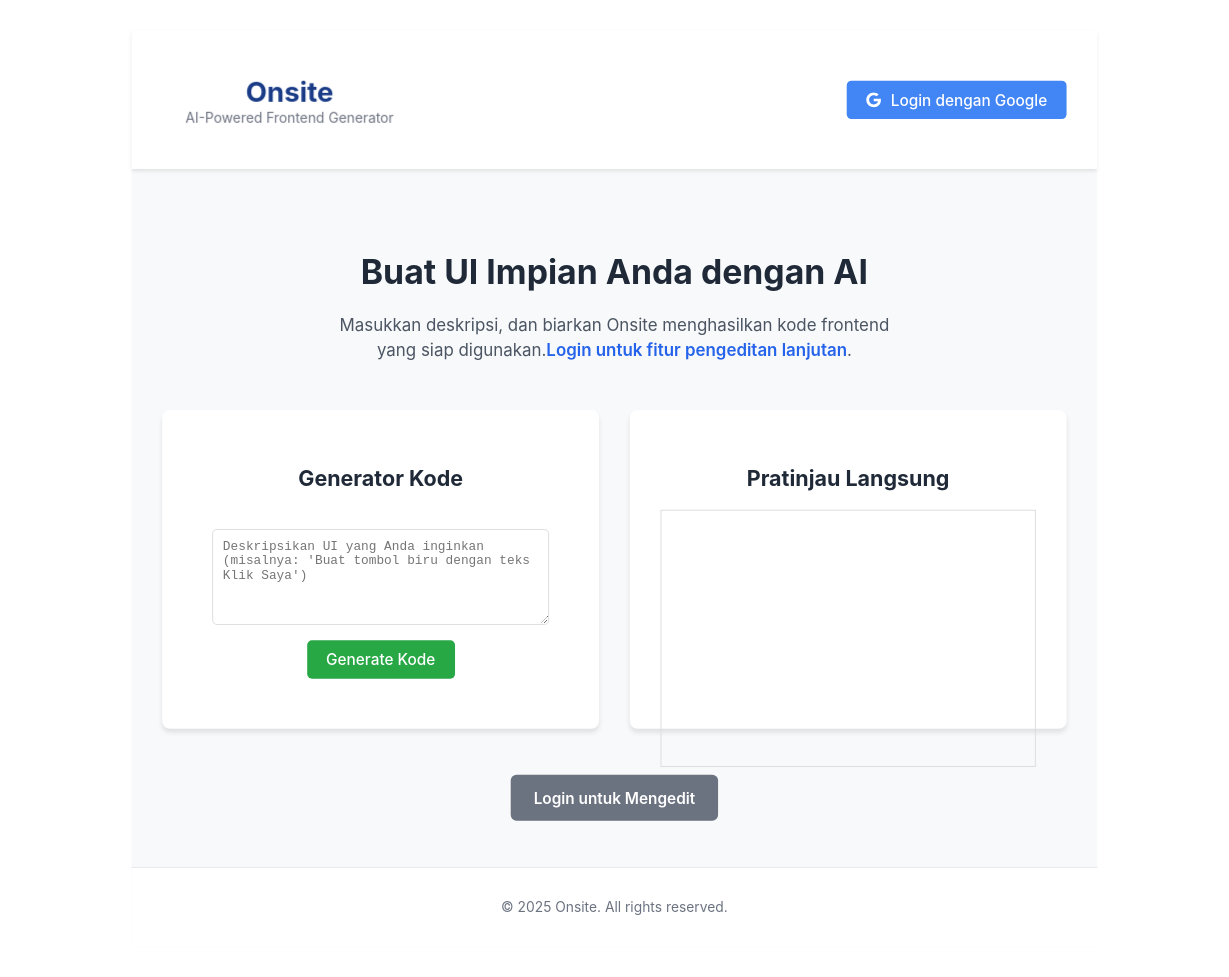
Repository: arifsoul/onsite
Page: / (app in onsite/)
An editor plug-in stored every save of this project. The page is shown before and after the next save, followed by the edit.
The browser window is 1280 px wide. The pictures show the whole page, at 96% of full size.
The project was rebuilt for these pictures with package versions that can differ from the ones it lists, and the page was loaded fresh each time. Also part of the build but not shown: onsite/vite.config.js, onsite/src/components/Editor/CSSPanel.jsx, onsite/src/components/Editor/JSPanel.jsx, onsite/src/components/Editor/ComponentEditor.css, onsite/src/components/Editor/ComponentEditor.jsx, onsite/src/pages/Editor.jsx, onsite/src/pages/Login.css, onsite/src/pages/Login.jsx.

Above is the page before, as saved 2025-04-14 16:52:22.

### onsite/src/index.css
:root {
  font-family: system-ui, Avenir, Helvetica, Arial, sans-serif;
  line-height: 1.5;
  font-weight: 400;

  color-scheme: light dark;
  color: rgba(255, 255, 255, 0.87);
  background-color: #242424;

  font-synthesis: none;
  text-rendering: optimizeLegibility;
  -webkit-font-smoothing: antialiased;
  -moz-osx-font-smoothing: grayscale;
}

a {
  font-weight: 500;
  color: #646cff;
  text-decoration: inherit;
}
a:hover {
  color: #535bf2;
}

body {
  margin: 0;
  display: flex;
  place-items: center;
  min-width: 320px;
  min-height: 100vh;
  font-family: Arial, sans-serif;
}

h1 {
  font-size: 3.2em;
  line-height: 1.1;
}

button {
  border-radius: 8px;
  border: 1px solid transparent;
  padding: 0.6em 1.2em;
  font-size: 1em;
  font-weight: 500;
  font-family: inherit;
  background-color: #1a1a1a;
  cursor: pointer;
  transition: border-color 0.25s;
}
button:hover {
  border-color: #646cff;
}
button:focus,
button:focus-visible {
  outline: 4px auto -webkit-focus-ring-color;
}

@media (prefers-color-scheme: light) {
  :root {
    color: #213547;
    background-color: #ffffff;
  }
  a:hover {
    color: #747bff;
  }
  button {
    background-color: #f9f9f9;
  }
}

### onsite/src/App.jsx
import { BrowserRouter as Router, Routes, Route } from 'react-router-dom';
import { Auth0Provider } from '@auth0/auth0-react';
import { CodeProvider } from './context/CodeContext';
import Home from './pages/Home';
import Editor from './pages/Editor';
import Login from './pages/Login';
import './App.css';

function App() {
  return (
    <Auth0Provider
      domain={import.meta.env.VITE_AUTH0_DOMAIN}
      clientId={import.meta.env.VITE_AUTH0_CLIENT_ID}
      redirectUri={window.location.origin}
    >
      <CodeProvider>
        <Router>
          <Routes>
            <Route path="/" element={<Home />} />
            <Route path="/login" element={<Login />} />
            <Route path="/editor" element={<Editor />} />
          </Routes>
        </Router>
      </CodeProvider>
    </Auth0Provider>
  );
}

export default App;

### onsite/src/context/CodeContext.jsx
import { createContext, useState, useContext } from 'react';

const CodeContext = createContext();

export const CodeProvider = ({ children }) => {
  const [generatedCode, setGeneratedCode] = useState({
    html: '',
    css: '',
    js: '',
  });
  const [components, setComponents] = useState([]);

  const updateComponent = (id, updates) => {
    setComponents((prev) =>
      prev.map((comp) =>
        comp.id === id ? { ...comp, ...updates } : comp
      )
    );
  };

  return (
    <CodeContext.Provider
      value={{ generatedCode, setGeneratedCode, components, setComponents, updateComponent }}
    >
      {children}
    </CodeContext.Provider>
  );
};

export const useCode = () => useContext(CodeContext);

### onsite/src/pages/Home.jsx
import { useAuth0 } from '@auth0/auth0-react';
import AIGenerator from '../components/Generator/AIGenerator';
import GoogleLogin from '../components/Auth/GoogleLogin';
import LivePreview from '../components/Preview/LivePreview';
import { Link } from 'react-router-dom';
import './Home.css';

const Home = () => {
  const { isAuthenticated } = useAuth0();

  return (
    <div className="home-container">
      <header className="home-header">
        <div className="logo">
          <h1>Onsite</h1>
          <span>AI-Powered Frontend Generator</span>
        </div>
        <GoogleLogin />
      </header>
      <main className="home-main">
        <section className="hero-section">
          <h2>Buat UI Impian Anda dengan AI</h2>
          <p>
            Masukkan deskripsi, dan biarkan Onsite menghasilkan kode frontend yang siap digunakan.
            {isAuthenticated ? (
              <Link to="/editor">Edit lebih lanjut di editor visual</Link>
            ) : (
              <Link to="/login">Login untuk fitur pengeditan lanjutan</Link>
            )}.
          </p>
        </section>
        <section className="generator-section">
          <div className="card">
            <h3>Generator Kode</h3>
            <AIGenerator />
          </div>
          <div className="card">
            <h3>Pratinjau Langsung</h3>
            <LivePreview />
          </div>
        </section>
        <section className="cta-section">
          {isAuthenticated ? (
            <Link to="/editor" className="cta-button">
              Buka Editor Visual
            </Link>
          ) : (
            <p>
              <Link to="/login" className="cta-button secondary">
                Login untuk Mengedit
              </Link>
            </p>
          )}
        </section>
      </main>
      <footer className="home-footer">
        <p>&copy; 2025 Onsite. All rights reserved.</p>
      </footer>
    </div>
  );
};

export default Home;

### onsite/src/components/Generator/AIGenerator.jsx
import { useState } from 'react';
import { useCode } from '../../context/CodeContext';
import { generateCode } from '../../services/deepseekApi';
import './AIGenerator.css';

const AIGenerator = () => {
  const [prompt, setPrompt] = useState('');
  const [error, setError] = useState(null);
  const { setGeneratedCode, setComponents } = useCode();

  const handleGenerate = async () => {
    try {
      setError(null);
      const response = await generateCode(prompt);
      const { html, css, js, components } = response.data;
      setGeneratedCode({ html, css, js });
      setComponents(components || []);
    } catch (error) {
      console.error('Error in AIGenerator:', error);
      setError(error.message);
    }
  };

  return (
    <div className="generator-container">
      <textarea
        value={prompt}
        onChange={(e) => setPrompt(e.target.value)}
        placeholder="Deskripsikan UI yang Anda inginkan (misalnya: 'Buat tombol biru dengan teks Klik Saya')"
        className="prompt-input"
      />
      <button onClick={handleGenerate} className="generate-btn">
        Generate Kode
      </button>
      {error && <p className="error-message">{error}</p>}
    </div>
  );
};

export default AIGenerator;

### onsite/src/components/Auth/GoogleLogin.jsx
import { useAuth0 } from '@auth0/auth0-react';
import { FaGoogle } from 'react-icons/fa';
import './GoogleLogin.css';

const GoogleLogin = () => {
  const { loginWithRedirect, isAuthenticated, user, logout } = useAuth0();

  return (
    <div>
      {isAuthenticated ? (
        <div className="user-info">
          <img src={user?.picture} alt={user?.name} />
          <span>{user?.name}</span>
          <button
            className="logout-btn"
            onClick={() => logout({ returnTo: window.location.origin })}
          >
            Logout
          </button>
        </div>
      ) : (
        <button
          className="google-login-btn"
          onClick={() => loginWithRedirect({ connection: 'google-oauth2' })}
        >
          <FaGoogle /> Login dengan Google
        </button>
      )}
    </div>
  );
};

export default GoogleLogin;

### onsite/src/components/Preview/LivePreview.jsx
import { useCode } from '../../context/CodeContext';
import './LivePreview.css';

const LivePreview = () => {
  const { generatedCode, components } = useCode();

  const combinedHTML = `
    <style>${generatedCode.css}</style>
    ${components.map((comp) => comp.html).join('')}
    <script>${generatedCode.js}</script>
  `;

  return (
    <div className="preview-container">
      <iframe
        srcDoc={combinedHTML}
        title="Live Preview"
        className="preview-iframe"
      />
    </div>
  );
};

export default LivePreview;

### onsite/src/pages/Home.css
/* src/pages/Home.css */
* {
    box-sizing: border-box;
  }

  .home-container {
    min-height: 100vh;
    display: flex;
    flex-direction: column;
    background-color: #f8f9fa;
    font-family: 'Inter', -apple-system, BlinkMacSystemFont, 'Segoe UI', Roboto, sans-serif;
  }

  /* Header */
  .home-header {
    display: flex;
    justify-content: space-between;
    align-items: center;
    padding: 1.5rem 2rem;
    background-color: #ffffff;
    box-shadow: 0 2px 4px rgba(0, 0, 0, 0.1);
  }

  .logo h1 {
    font-size: 1.8rem;
    color: #1a3c87;
    margin: 0;
  }

  .logo span {
    font-size: 0.9rem;
    color: #6b7280;
    display: block;
  }

  /* Main Content */
  .home-main {
    flex: 1;
    padding: 2rem;
    max-width: 1200px;
    margin: 0 auto;
    width: 100%;
  }

  /* Hero Section */
  .hero-section {
    text-align: center;
    margin-bottom: 3rem;
  }

  .hero-section h2 {
    font-size: 2.2rem;
    color: #1f2937;
    margin-bottom: 1rem;
  }

  .hero-section p {
    font-size: 1.1rem;
    color: #4b5563;
    max-width: 600px;
    margin: 0 auto;
  }

  .hero-section a {
    color: #2563eb;
    text-decoration: none;
    font-weight: 600;
  }

  .hero-section a:hover {
    text-decoration: underline;
  }

  /* Generator Section */
  .generator-section {
    display: grid;
    grid-template-columns: 1fr 1fr;
    gap: 2rem;
    margin-bottom: 3rem;
  }

  .card {
    background-color: #ffffff;
    border-radius: 8px;
    box-shadow: 0 4px 6px rgba(0, 0, 0, 0.1);
    padding: 1.5rem;
    transition: transform 0.2s ease-in-out;
  }

  .card:hover {
    transform: translateY(-5px);
  }

  .card h3 {
    font-size: 1.4rem;
    color: #1f2937;
    margin-bottom: 1rem;
  }

  /* CTA Section */
  .cta-section {
    text-align: center;
  }

  .cta-button {
    display: inline-block;
    padding: 0.75rem 1.5rem;
    background-color: #2563eb;
    color: #ffffff;
    text-decoration: none;
    border-radius: 6px;
    font-weight: 600;
    transition: background-color 0.2s;
  }

  .cta-button:hover {
    background-color: #1d4ed8;
  }

  .cta-button.secondary {
    background-color: #6b7280;
  }

  .cta-button.secondary:hover {
    background-color: #4b5563;
  }

  /* Footer */
  .home-footer {
    text-align: center;
    padding: 1rem;
    background-color: #ffffff;
    border-top: 1px solid #e5e7eb;
    color: #6b7280;
    font-size: 0.9rem;
  }

  /* Responsive Design */
  @media (max-width: 768px) {
    .home-header {
      flex-direction: column;
      gap: 1rem;
      text-align: center;
    }

    .generator-section {
      grid-template-columns: 1fr;
    }

    .hero-section h2 {
      font-size: 1.8rem;
    }

    .hero-section p {
      font-size: 1rem;
    }

    .card {
      padding: 1rem;
    }
  }

### onsite/src/pages/Editor.css
.editor-page {
    padding: 20px;
  }

  header {
    display: flex;
    justify-content: space-between;
    align-items: center;
    margin-bottom: 20px;
  }

  .editor-layout {
    display: grid;
    grid-template-columns: 1fr 1fr;
    gap: 20px;
  }

  .editor-section,
  .preview-section {
    height: 80vh;
    overflow-y: auto;
  }

### onsite/src/services/deepseekApi.js
import axios from 'axios';

const API_KEY = import.meta.env.VITE_DEEPSEEK_API_KEY;
const BASE_URL = 'https://api.deepseek.com';

export const generateCode = async (prompt) => {
  if (!API_KEY) {
    throw new Error('DeepSeek API key is missing. Please set VITE_DEEPSEEK_API_KEY in .env.');
  }

  if (!prompt || prompt.trim() === '') {
    throw new Error('Prompt cannot be empty.');
  }

  try {
    const response = await axios.post(
      `${BASE_URL}/chat/completions`,
      {
        model: 'deepseek-chat',
        messages: [
          {
            role: 'system',
            content:
              'You are an AI that generates React component code (HTML, CSS, JS) based on user descriptions. Return structured JSON with html, css, js, and components array.',
          },
          { role: 'user', content: prompt },
        ],
        stream: false,
      },
      {
        headers: {
          'Content-Type': 'application/json',
          Authorization: `Bearer ${API_KEY}`,
        },
      }
    );
    return response;
  } catch (error) {
    console.error('DeepSeek API Error:', {
      message: error.message,
      status: error.response?.status,
      data: error.response?.data,
    });
    throw new Error(
      error.response?.data?.error?.message || 'Failed to generate code. Please check API key and network.'
    );
  }
};

### onsite/src/components/Generator/AIGenerator.css
.generator-container {
  padding: 20px;
}

.prompt-input {
  width: 100%;
  height: 100px;
  padding: 10px;
  margin-bottom: 10px;
  border: 1px solid #ddd;
  border-radius: 5px;
}

.generate-btn {
  padding: 10px 20px;
  background-color: #28a745;
  color: white;
  border: none;
  border-radius: 5px;
  cursor: pointer;
}

### onsite/src/components/Auth/GoogleLogin.css
.google-login-btn {
  display: flex;
  align-items: center;
  gap: 10px;
  padding: 10px 20px;
  background-color: #4285f4;
  color: white;
  border: none;
  border-radius: 5px;
  cursor: pointer;
  font-size: 16px;
}

.user-info {
  display: flex;
  align-items: center;
  gap: 10px;
}

.user-info img {
  border-radius: 50%;
  width: 40px;
  height: 40px;
}

.logout-btn {
  padding: 5px 10px;
  background-color: #dc3545;
  color: white;
  border: none;
  border-radius: 5px;
  cursor: pointer;
}

### onsite/src/components/Preview/LivePreview.css
.preview-container {
  border: 1px solid #ddd;
  padding: 10px;
  height: 100%;
}

.preview-iframe {
  width: 100%;
  height: 100%;
  border: none;
}

Loaded but not shown: onsite/index.html (common file); onsite/src/main.jsx (common file); onsite/src/App.css (common file)

After the next save:
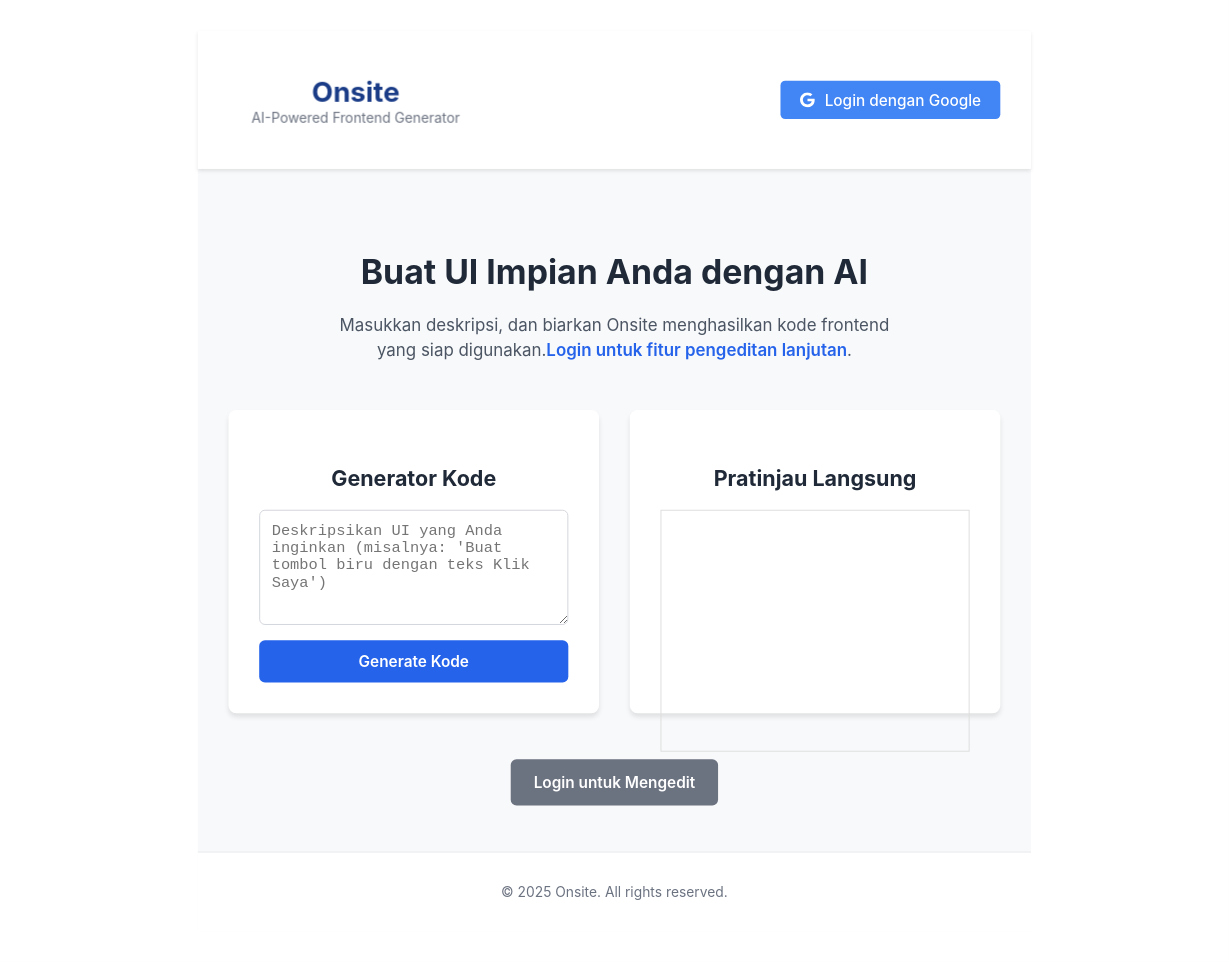
Saved 25 s later.
--- a/onsite/src/components/Generator/AIGenerator.css
+++ b/onsite/src/components/Generator/AIGenerator.css
@@ -1,21 +1,44 @@
 .generator-container {
-  padding: 20px;
+  display: flex;
+  flex-direction: column;
+  gap: 1rem;
 }
 
 .prompt-input {
   width: 100%;
-  height: 100px;
-  padding: 10px;
-  margin-bottom: 10px;
-  border: 1px solid #ddd;
-  border-radius: 5px;
+  min-height: 120px;
+  padding: 0.75rem;
+  border: 1px solid #d1d5db;
+  border-radius: 6px;
+  font-size: 1rem;
+  resize: vertical;
+  transition: border-color 0.2s;
+}
+
+.prompt-input:focus {
+  outline: none;
+  border-color: #2563eb;
+  box-shadow: 0 0 0 3px rgba(37, 99, 235, 0.1);
 }
 
 .generate-btn {
-  padding: 10px 20px;
-  background-color: #28a745;
-  color: white;
+  padding: 0.75rem 1.5rem;
+  background-color: #2563eb;
+  color: #ffffff;
   border: none;
-  border-radius: 5px;
+  border-radius: 6px;
+  font-size: 1rem;
+  font-weight: 600;
   cursor: pointer;
+  transition: background-color 0.2s;
 }
+
+.generate-btn:hover {
+  background-color: #1d4ed8;
+}
+
+.error-message {
+  color: #dc2626;
+  font-size: 0.9rem;
+  margin-top: 0.5rem;
+}
